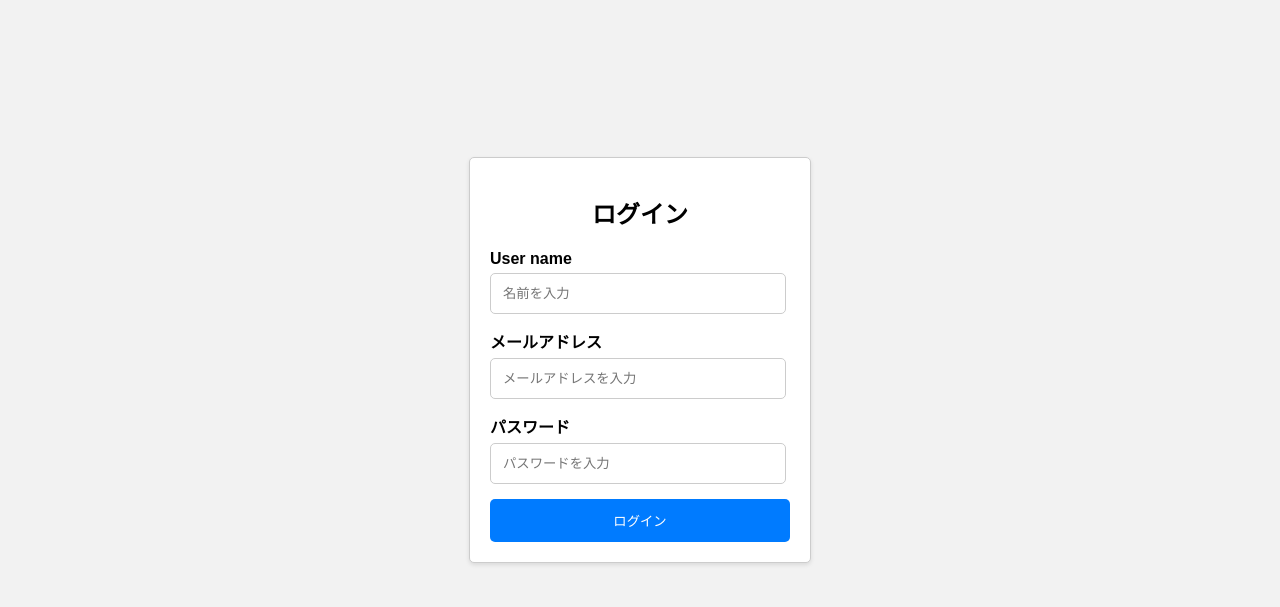
Repository: Jutta197/blog_0815
Page: src/main/resources/static/register.html
An editor plug-in stored every save of this project. The page is shown before and after the next save, followed by the edit.
The browser window is 1280 px wide. The pictures show the whole page.

Above is the page before, as saved 2023-08-15 12:21:35.

After the next save:
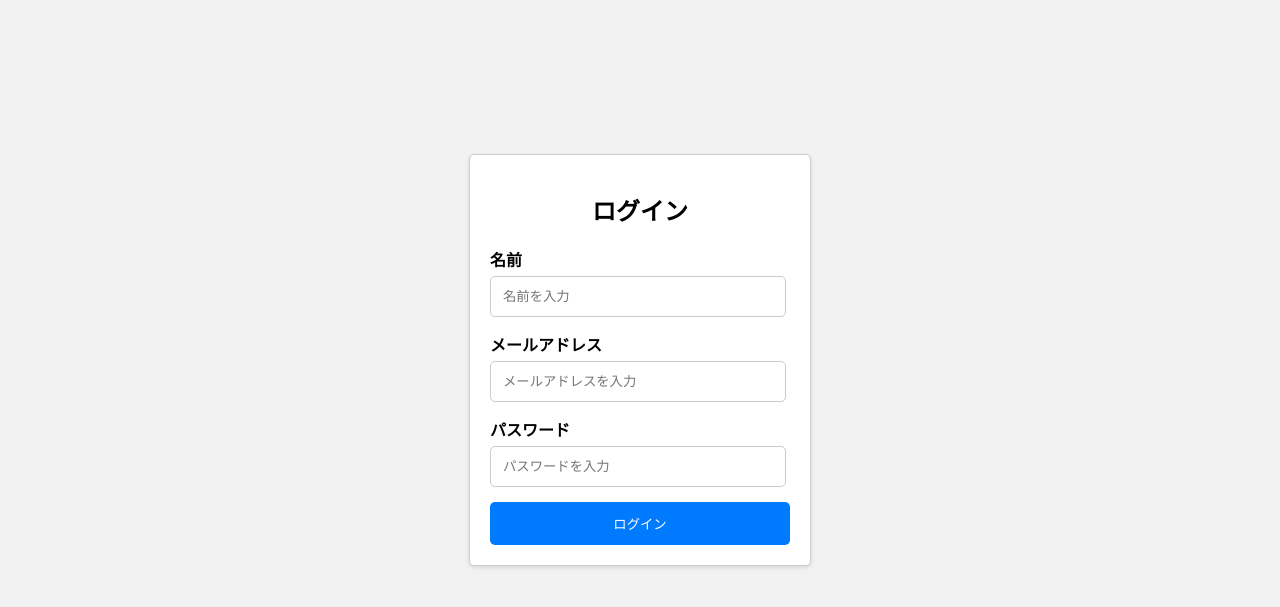
Saved 49 s later.
--- a/src/main/resources/static/register.html
+++ b/src/main/resources/static/register.html
@@ -13,8 +13,8 @@
     <div class="container">
         <form action="" method="post">
             <h1>ログイン</h1>
-            <label for="username">User name</label>
-            <input type="text" id="username" name="名前" placeholder="名前を入力" required>
+            <label for="username">名前</label>
+            <input type="text" id="username" name="username" placeholder="名前を入力" required>
             <label for="email">メールアドレス</label>
             <input type="text" id="email" name="email" placeholder="メールアドレスを入力" required>
             <label for="password">パスワード</label>
